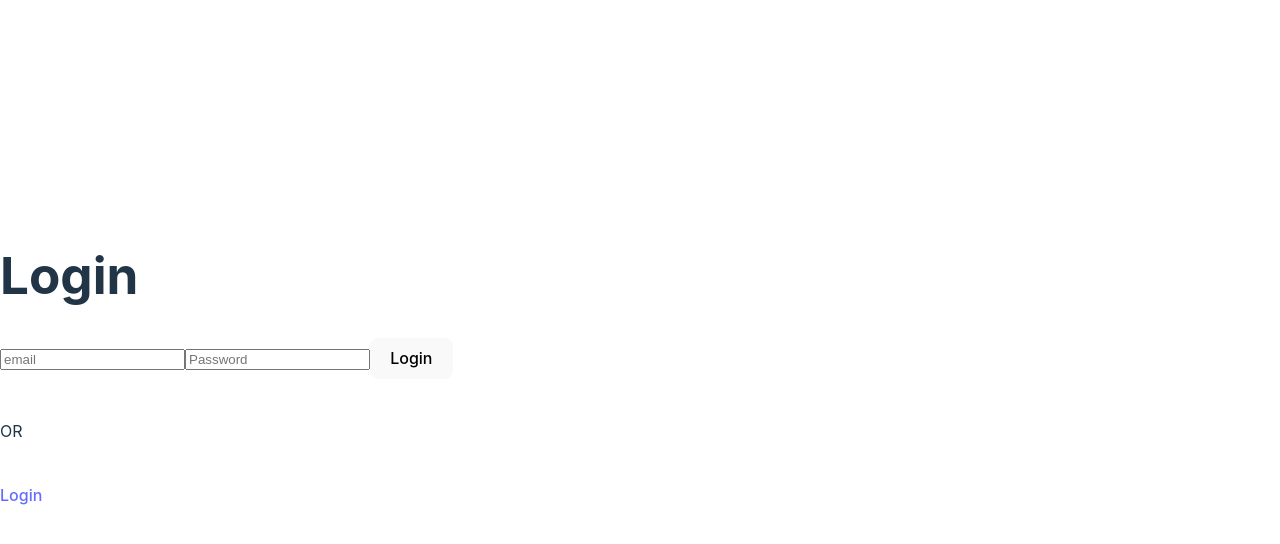
Repository: cynthiamoraa/Login
Page: /signup
These files come from the project's save history. The page is drawn as it stood at one moment and after the next save; the edit follows.
The browser window is 1280 px wide. The pictures show the whole page.
The project was rebuilt for these pictures with package versions that can differ from the ones it lists, and the page was loaded fresh each time. Also part of the build but not shown: vite.config.js, src/components/Login.jsx, src/components/Home.js.

Above is the page before, as saved 2023-05-10 22:42:24.

### src/App.jsx
import {BrowserRouter as Router, Routes, Route} from 'react-router-dom'
import Login from './components/Login'
import Signup from './components/Signup'
import Home from './components/Home'

const App = () => {
  return (
    <div className='App'>
      <Router>
        <Routes>
          <Route path='/' element={<Login />} />
          <Route path='/signup' element={<Signup />} />
          <Route path='/home' element={<Home />} />
        </Routes>
      </Router>
    </div>
  )
}

export default App

### src/components/Signup.jsx
import { useState } from "react";
import axio from "axios";
import { useNavigate, Link } from "react-router-dom";

const Signup = () => {
  const [email, setEmail] = useState("");
  const [password, setPassword] = useState("");
  const navigate = useNavigate();
  async function submit(e) {
    e.preventDefault();
    try {
      await axio.post("http://localhost:5000/Signup", {
        email,
        password,
      })
      .then((res) => {
        if (res.data.message === "User exists") {
          alert("User exists");
        } else {
          navigate("/home", { state: { id: email } });
        }
      })
      .catch((e) => {
        alert("Error in logging in");
        console.log(e);
      });
    }
    catch (e) {
      console.log(e);
    }
  }

  return (
    <div className="login">
      <h1>Login</h1>
      <form>
        <input
          type="email"
          onChange={(e) => {
            setEmail(e.target.value);
          }}
          placeholder="email"
        />
        <input
          type="password"
          onChange={(e) => {
            setPassword(e.target.value);
          }}
          placeholder="Password"
        />
        <button type="submit" onClick={submit}>
          Login
        </button>
      </form>
      <br />
      <p>OR</p>
      <br />
      <Link to="/">Login</Link>
    </div>
  );
};

export default Signup;

Loaded but not shown: index.html (common file); src/main.jsx (common file); src/index.css (common file)

After the next save:
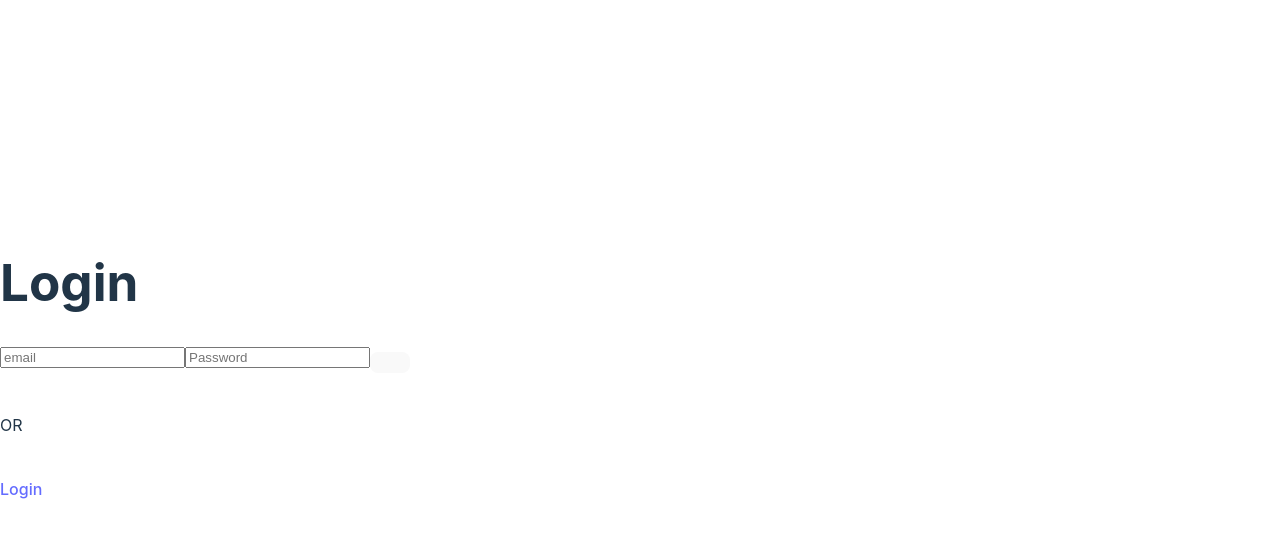
Saved 5 s later.
--- a/src/components/Signup.jsx
+++ b/src/components/Signup.jsx
@@ -49,7 +49,7 @@ const Signup = () => {
           placeholder="Password"
         />
         <button type="submit" onClick={submit}>
-          Login
+
         </button>
       </form>
       <br />
